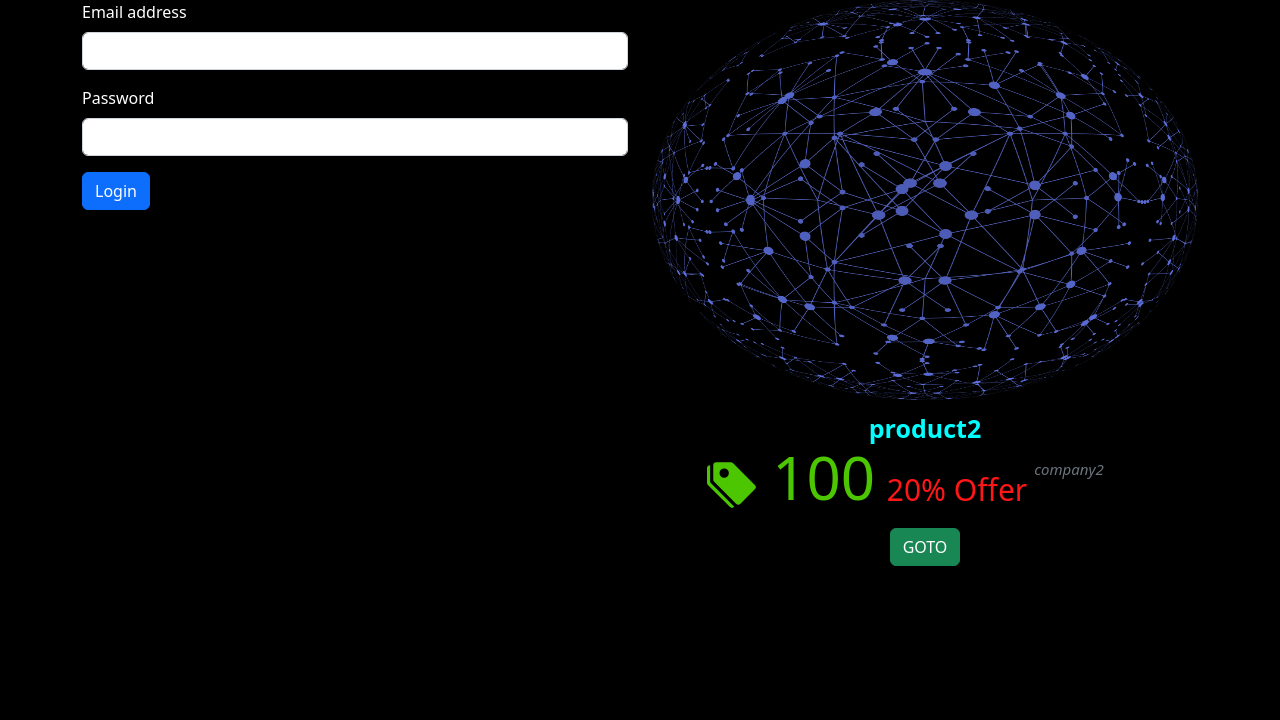
Repository: jaseem1999/sdCommunity
Page: http://localhost/sdCommunity/AdvLogin.jsp
These files come from the project's save history. The page is drawn as it stood at one moment and after the next save; the edit follows.
The browser window is 1280 px wide. The pictures show the whole page.
The page is served by Tomcat 9. Other server files are loaded and not shown.

Above is the page before, as saved 2023-10-17 08:50:11.

### sdCommunity/src/main/webapp/AdvLogin.jsp
<%@ page language="java" contentType="text/html; charset=ISO-8859-1"
    pageEncoding="ISO-8859-1"%>
<!DOCTYPE html>
<html>
<head>
<meta charset="ISO-8859-1">
<title>Advertisement Agency</title>
<link href="https://cdn.jsdelivr.net/npm/bootstrap@5.2.3/dist/css/bootstrap.min.css" rel="stylesheet" integrity="sha384-rbsA2VBKQhggwzxH7pPCaAqO46MgnOM80zW1RWuH61DGLwZJEdK2Kadq2F9CUG65" crossorigin="anonymous">
<script src="https://cdn.jsdelivr.net/npm/bootstrap@5.2.3/dist/js/bootstrap.bundle.min.js" integrity="sha384-kenU1KFdBIe4zVF0s0G1M5b4hcpxyD9F7jL+jjXkk+Q2h455rYXK/7HAuoJl+0I4" crossorigin="anonymous"></script>
<style type="text/css">
body{
	background-color: black;
	color: white;
}
a {
	 text-decoration: none;
	 color: white;
	 font-size: 15px;
	 font-weight: bold;
	 text-transform: uppercase;
}
.nav {
  display: flex;
  justify-content: space-between;
  align-items: center;
  padding-top: 0px;
}



.hamburger {
  padding-right: 20px;
  cursor: pointer;
}

.hamburger .line {
  display: block;
  width: 40px;
  height: 5px;
  margin-bottom: 10px;
  background-color: #ffeeee;
}

.nav__link {
  position: fixed;
  width: 94%;
  top: 5rem;
  left: 18px;
  background-color: #303232;
}

.nav__link a {
  display: block;
  text-align: center;
  padding: 10px 0;
}

.nav__link a:hover {
  background-color: black;
}

.hide {
  display: none;
}
#adsBox{
		height: 700px;
	}
	.w-100{
		height: 400px;
		width: 300px;
	}
	.pName{
		text-align: center;
    	font-size: 25px;
    	font-weight: 900;
    	color: cyan;
    	margin: 10px;
	}
	.cName{
		position: relative;
    	font-size: 15px;
    	margin-right: 30px;
    	left: 70%;
    	color: #6c757d;
    	font-style: italic;
	}
	.priceName{
		position: relative;
    	font-size: 60px;
    	margin-right: 30px;
    	left: 10%;
    	color: #4cc600;
    	margin-top: -64px;
	}
	.oName{
		position: relative;
	    font-size: 30px;
	    margin-right: 30px;
	    left: 43%;
	    color: #ff1616;
	    margin-top: -71px;
	}



@media screen and (min-width: 890px) {
  .nav__link {
    display: block;
    position: static;
    width: auto;
    margin-right: 20px;
    background: none;
  }

  .nav__link a {
    display: inline-block;
    padding: 15px 20px;
  }

  .hamburger {
    display: none;
  }
}

</style>

</head>
<body>
<div class="container">
    <%
						String message = request.getParameter("message");
						if (message != null && message.equals("Failed")){
							out.print("<div class='alert alert-danger' role='alert'>Sign Up Failed...<br>Try again...</div>");
						}else if(message != null && message.equals("Success")){
							out.print("<div class='alert alert-success' role='alert'>Sign Up Successfully...<br>");
							out.print("<a class='btn btn-primary' aria-current='page'  href='AdvLogin.jsp'>");
						    out.print("Login</a> </div>");
						}else{
							out.print("");
						}
	%>
    <div class="row">
	    	<div class="col">
			    <form action="" method="post" style="color: white;" >
					  <div class="mb-3">
					    <label for="exampleInputEmail1" class="form-label">Email address</label>
					    <input type="email" class="form-control" id="exampleInputEmail1" name="email" aria-describedby="emailHelp" required="required">

					  </div>

					  <div class="mb-3">
					    <label for="exampleInputPassword1" class="form-label">Password</label>
					    <input type="password" class="form-control" id="exampleInputPassword1" name="pass" required="required">
					  </div>

					  <button type="submit" class="btn btn-primary">Login</button>
				</form>
			</div>
			<div class="col">
				<div id="carouselExampleSlidesOnly" class="carousel slide" data-ride="carousel">
					  <div class="carousel-inner" id="adsBox">
					    <div class="carousel-item active">
					      	<img class="d-block w-100" src="./img/sn2..png" alt="First slide">
					      <p class="pName">product2</p>
					      <p class="cName">company2</p>
					      <p class="priceName">
					      <svg xmlns="http://www.w3.org/2000/svg" width="50" height="50" fill="currentColor" class="bi bi-tags-fill" viewBox="0 0 16 16">
							  <path d="M2 2a1 1 0 0 1 1-1h4.586a1 1 0 0 1 .707.293l7 7a1 1 0 0 1 0 1.414l-4.586 4.586a1 1 0 0 1-1.414 0l-7-7A1 1 0 0 1 2 6.586V2zm3.5 4a1.5 1.5 0 1 0 0-3 1.5 1.5 0 0 0 0 3z"/>
							  <path d="M1.293 7.793A1 1 0 0 1 1 7.086V2a1 1 0 0 0-1 1v4.586a1 1 0 0 0 .293.707l7 7a1 1 0 0 0 1.414 0l.043-.043-7.457-7.457z"/>
						  </svg>
					      100</p>
					      <p class="oName">20% Offer</p>
					      <div style="text-align: center;">
					      	<a href="" class="btn btn-success">goto</a>
					      </div>
					    </div>
					    <div class="carousel-item" id="adsBox">
					      <img class="d-block w-100" src="./img/thirdOneMainPage.jpg" alt="Second slide">
					      <p class="pName">product3</p>
					      <p class="cName">company3</p>
					      <p class="priceName">
					      <svg xmlns="http://www.w3.org/2000/svg" width="50" height="50" fill="currentColor" class="bi bi-tags-fill" viewBox="0 0 16 16">
							  <path d="M2 2a1 1 0 0 1 1-1h4.586a1 1 0 0 1 .707.293l7 7a1 1 0 0 1 0 1.414l-4.586 4.586a1 1 0 0 1-1.414 0l-7-7A1 1 0 0 1 2 6.586V2zm3.5 4a1.5 1.5 0 1 0 0-3 1.5 1.5 0 0 0 0 3z"/>
							  <path d="M1.293 7.793A1 1 0 0 1 1 7.086V2a1 1 0 0 0-1 1v4.586a1 1 0 0 0 .293.707l7 7a1 1 0 0 0 1.414 0l.043-.043-7.457-7.457z"/>
						  </svg>
					      100</p>
					      <p class="oName">20% Offer</p>
					     <div style="text-align: center;">
					      	<a href="" class="btn btn-success">goto</a>
					      </div>
					    </div>
					    <div class="carousel-item" id="adsBox">
					      <img class="d-block w-100" src="./img/Idea.png" alt="Third slide">
					      <p class="pName">product4</p>
					      <p class="cName">company4</p>
					      <p class="priceName">
					      <svg xmlns="http://www.w3.org/2000/svg" width="50" height="50" fill="currentColor" class="bi bi-tags-fill" viewBox="0 0 16 16">
							  <path d="M2 2a1 1 0 0 1 1-1h4.586a1 1 0 0 1 .707.293l7 7a1 1 0 0 1 0 1.414l-4.586 4.586a1 1 0 0 1-1.414 0l-7-7A1 1 0 0 1 2 6.586V2zm3.5 4a1.5 1.5 0 1 0 0-3 1.5 1.5 0 0 0 0 3z"/>
							  <path d="M1.293 7.793A1 1 0 0 1 1 7.086V2a1 1 0 0 0-1 1v4.586a1 1 0 0 0 .293.707l7 7a1 1 0 0 0 1.414 0l.043-.043-7.457-7.457z"/>
						  </svg>
					      100</p>
					      <p class="oName">20% Offer</p>
					      <div style="text-align: center;">
					      	<a href="" class="btn btn-success">goto</a>
					      </div>
					    </div>
					  </div>
					</div>
			</div>
		</div>
	</div>
<script src="https://code.jquery.com/jquery-3.5.1.slim.min.js"></script>
<script src="https://cdn.jsdelivr.net/npm/@popperjs/core@2.9.3/dist/umd/popper.min.js"></script>
<script src="https://stackpath.bootstrapcdn.com/bootstrap/4.5.2/js/bootstrap.min.js"></script>


</body>
</html>

After the next save:
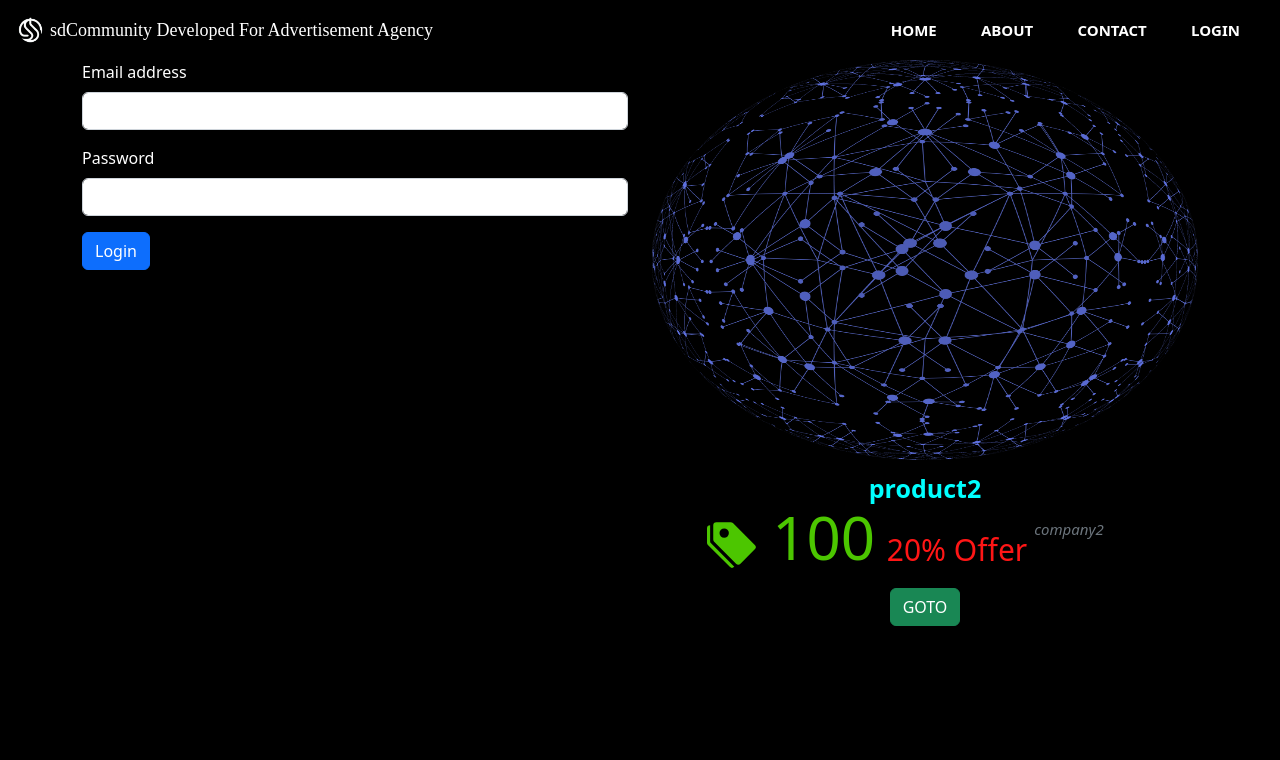
Saved 48 s later.
--- a/sdCommunity/src/main/webapp/AdvLogin.jsp
+++ b/sdCommunity/src/main/webapp/AdvLogin.jsp
@@ -126,6 +126,24 @@ a {
 
 </head>
 <body>
+<header>
+      <nav class="nav">
+        <a href="/" class="logo"><img alt="logo" src="./img/logo.png" width="60px"/></a>
+		<span style="font-family:fantasy; font-size: large;position: absolute;left: 50px;">sdCommunity Developed For Advertisement Agency</span>
+        <div class="hamburger">
+          <span class="line"></span>
+          <span class="line"></span>
+          <span class="line"></span>
+        </div>
+
+        <div class="nav__link hide">
+          <a href="#">home</a>
+          <a href="#">about</a>
+          <a href="#">contact</a>
+          <a href="#">Login</a>
+        </div>
+      </nav>
+ </header>
 <div class="container">
     <%
 						String message = request.getParameter("message");
